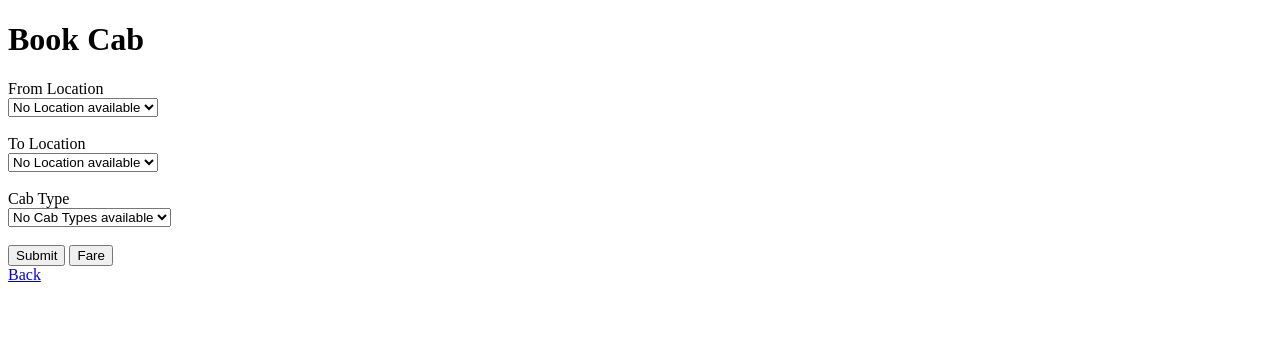
Repository: SumanaDasFullStack/CourseEndProject
Page: http://localhost/book
An editor plug-in stored every save of this project. The page is shown before and after the next save, followed by the edit.
The browser window is 1280 px wide. The pictures show the whole page.
The page is this project's Thymeleaf template; nobody is signed in. The template is opened directly, without the code that normally fills it, so the values that code supplies are empty.

Above is the page before, as saved 2024-10-29 17:03:23.

### cab-booking-microservice/src/main/resources/templates/book.html
<!DOCTYPE html>
<html xmlns:th="http://www.thymeleaf.org">
<head>
<meta charset="UTF-8">
<title>Insert title here</title>
<script>
        function callMicroservice() {
            fetch('/api/data')
                .then(response => response.text())
                .then(data => {
                    document.getElementById('result').innerText = data;
                })
                .catch(error => {
                    console.error('Error:', error);
                });
        }
    </script>
</head>
<body>
<span style="color:red" th:text="${result}"></span>
<h1>Book Cab</h1>
<form th:action="@{booking}" method="post" th:object="${bookcab}">

<label for="fromSelect">From Location  </label><br/>
        <select id="fromSelect" name="source">
            <option value="" th:unless="${categories}">No Location available</option>
            <option th:each="location : ${categories}"
                    th:value="${location.id}"
                    th:text="${location.loc_name}"></option>
        </select>
<!-- <input type="text" th:field="*{source}"/><br/> -->
<br/><br/>
<label for="toSelect">To Location  </label><br/>
        <select id="toSelect" name="destination">
            <option value="" th:unless="${categories}">No Location available</option>
            <option th:each="location : ${categories}"
                    th:value="${location.id}"
                    th:text="${location.loc_name}"></option>
        </select>

<br/><br/>
<label for="cabtypeSelect">Cab Type  </label><br/>
        <select id="cabtypeSelect" name="cabtype_id">
            <option value="" th:unless="${cabtypes}">No Cab Types available</option>
            <option th:each="cabtype : ${cabtypes}"
                    th:value="${cabtype.cabtype_id}"
                    th:text="${cabtype.cabtype_name}"></option>
        </select>

<br/><br/>
<input type="submit" th:value="Submit" name="b1"/>
<input type="button" th:value="Fare" name="b2"/>
<br/>
</form>
<a href="/">Back</a>
</body>
</html>

After the next save:
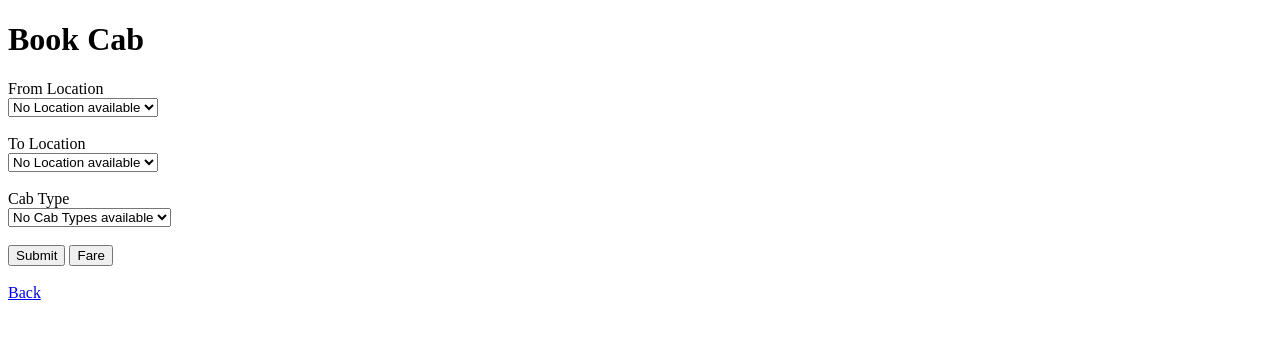
Saved 7 min 9 s later.
--- a/cab-booking-microservice/src/main/resources/templates/book.html
+++ b/cab-booking-microservice/src/main/resources/templates/book.html
@@ -49,7 +49,10 @@
 
 <br/><br/>
 <input type="submit" th:value="Submit" name="b1"/>
-<input type="button" th:value="Fare" name="b2"/>
+<button onclick="callMicroservice()">Fare</button>
+
+<div id="result"></div>
+<!-- <input type="button" th:value="Fare" name="b2"/> -->
 <br/>
 </form>
 <a href="/">Back</a>
